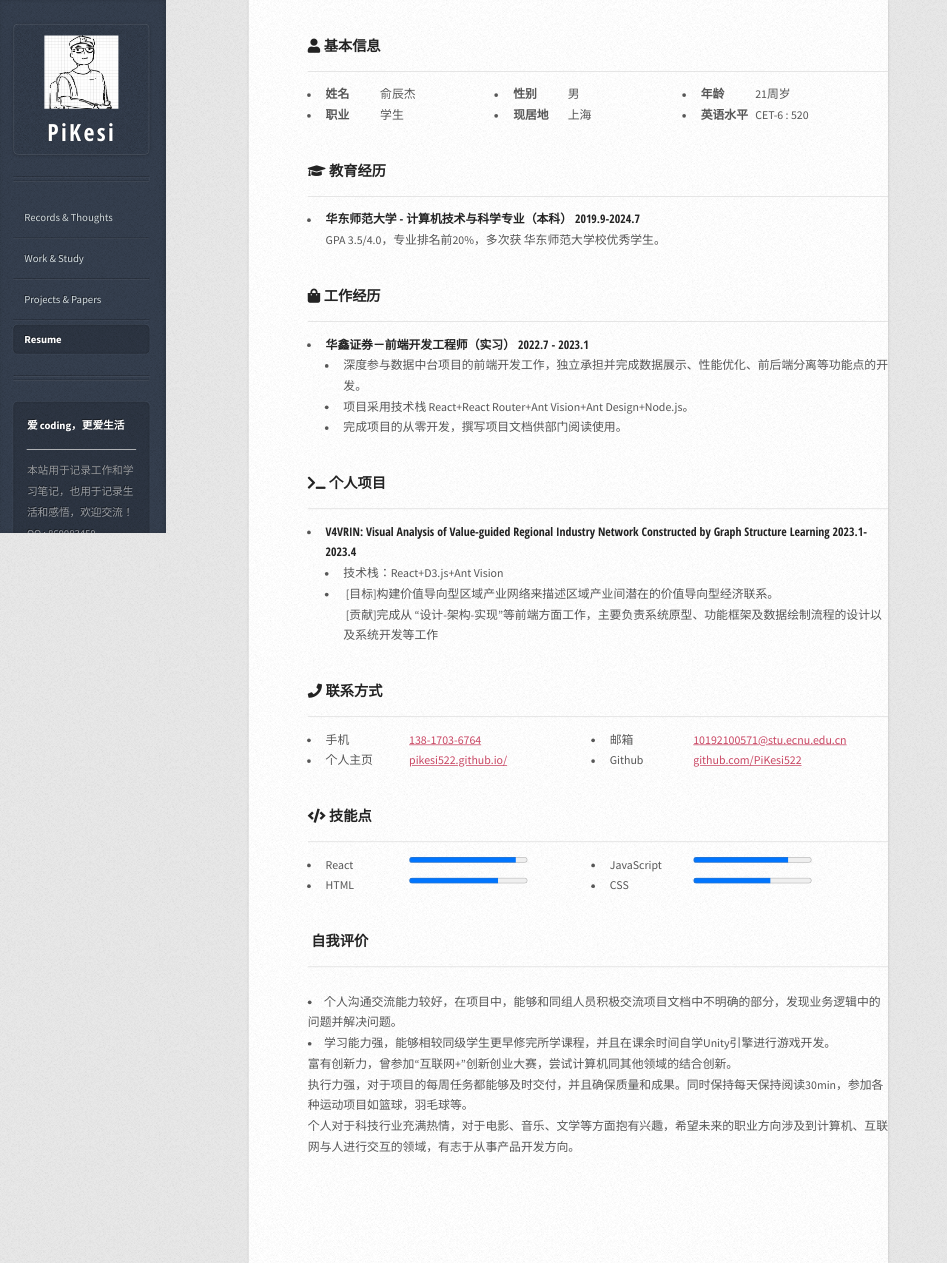
Repository: PiKesi522/PiKesi522.github.io
Page: resume.html
These files come from the project's save history. The page is drawn as it stood at one moment and after the next save; the edit follows.
The browser window is 1280 px wide. The pictures show the whole page, at 74% of full size.

Above is the page before, as saved 2023-04-11 11:27:55.

### resume.html
<!DOCTYPE HTML>
<!--
	Striped by HTML5 UP
	html5up.net | @ajlkn
	Free for personal and commercial use under the CCA 3.0 license (html5up.net/license)
-->
<html>

<head>
    <title>Striped by HTML5 UP</title>
    <meta charset="utf-8" />
    <meta name="viewport" content="width=device-width, initial-scale=1, user-scalable=no" />
    <link rel="stylesheet" href="assets/css/main.css" />
</head>

<body class="is-preload">

    <!-- Content -->
    <div id="content">
        <div class="inner">

            <article class="container">
                <section class="side" id="side">
                    <!-- 个人肖像 -->
                    <!-- <section class="me"> -->

                    <!-- <h6 class="name" style="font-size: 30px;">PiKesi</h6> -->
                    <!-- <section class="portrait"> -->
                    <!-- 头像照片 -->
                    <!-- <img class="avatar" src="assets/images/avatar.jpg" style="padding-top: 1vh; width: 300px;" onload="loading()"> -->
                    <!-- </section> -->

                    <!-- </section> -->

                    <!-- 基本信息 -->
                    <section class="profile info-unit">
                        <h2>
                            <i class="fa fa-user" aria-hidden="true"></i> 基本信息
                        </h2>
                        <hr />
                        <ul style="display: grid;grid-template-columns:repeat(3, 33%);">
                            <li>
                                <div>
                                    <label style="font-weight: 600;">姓名</label>
                                    <span>俞辰杰</span>
                                </div>
                            </li>
                            <li>
                                <div>
                                    <label style="font-weight: 600;">性别</label>
                                    <span>男</span>
                                </div>
                            </li>
                            <li>
                                <div>
                                    <label style="font-weight: 600;">年龄</label>
                                    <span>21周岁</span>
                                </div>
                            </li>
                            <li>
                                <div>
                                    <label style="font-weight: 600;">职业</label>
                                    <span>学生</span>
                                </div>
                            </li>
                            <li>
                                <div>
                                    <label style="font-weight: 600;">现居地</label>
                                    <span>上海</span>
                                </div>
                            </li>
                            <li>
                                <div>
                                    <label style="font-weight: 600;">英语水平</label>
                                    <span>CET-6 : 520</span>
                                </div>
                            </li>
                            <!-- <li>
                                        <label>计算机水平</label>
                                        <span>软考中级</span>
                                    </li> -->
                        </ul>
                    </section>


                    <!--
                    <section class="qrcode info-unit">
                        <h2><i class="fa fa-qrcode" aria-hidden="true"></i>二维码</h2>
                        <hr />
                        <img src="https://github.com/if2er/FeZaoDuKe-Collection/blob/master/ifeees.jpg?raw=true"
                            style="width: 100%;" alt="">
                    </section> -->

                    <!-- 技术栈 -->
                    <!-- <div class="stack info-unit">
                                    <h2><i class="fa fa-code" aria-hidden="true"></i>其他</h2>
                                    <hr/>
                                    <ul>
                                        <li>
                                            <label>前端</label>
                                            <span>React、jQuery、微信小程序、Bootstrap、SASS、LESS</span>
                                        </li>
                                        <li>
                                            <label>后端</label>
                                            <span>Node.js、MySQL、MongoDB、WordPress、ThinkPHP</span>
                                        </li>
                                        <li>
                                            <label>其他</label>
                                            <span>Git、SVN、Markdown</span>
                                        </li>
                                    </ul>
                                </div> -->
                </section>

                <section class="main">

                    <!-- 教育经历 -->
                    <section class="edu info-unit">
                        <h2>
                            <i class="fa fa-graduation-cap" aria-hidden="true"></i> 教育经历
                        </h2>
                        <hr />
                        <ul>
                            <!-- <li>
                                <h3>
                                    <span>华东师范大学 - 计算机技术与科学专业</span>
                                    <time>2019.9-2024.7</time>
                                </h3>
                                <p>GPA
                                    <mark>3.5/4.0</mark>，期间发表国际会议英文摘要X篇，国内核心期刊文章X篇（其中第一作者X篇），获XXX，XXX2次，XXX2次。(此处根据自身情况填写，可以突出自己的亮点，或者跟求职目标相关的内容)
                                </p>
                            </li> -->
                            <li>
                                <h3>
                                    <span>华东师范大学 - 计算机技术与科学专业（本科）</span>
                                    <time>2019.9-2024.7</time>
                                </h3>
                                <p>GPA
                                    <mark>3.5/4.0</mark>，专业排名前20%，多次获 华东师范大学校优秀学生。
                                </p>
                            </li>
                        </ul>
                    </section>

                    <!-- 工作经历 -->
                    <section class="work info-unit">
                        <h2>
                            <i class="fa fa-shopping-bag" aria-hidden="true"></i> 工作经历
                        </h2>
                        <hr />
                        <ul>
                            <li>
                                <h3>
                                    <span>华鑫证券－前端开发工程师（实习）</span>
                                    <time>2022.7 - 2023.1</time>
                                </h3>
                                <ul class="info-content">
                                    <li>深度参与数据中台项目的前端开发工作，独立承担并完成数据展示、性能优化、前后端分离等功能点的开发。
                                    </li>
                                    <li>
                                        项目采用技术栈
                                        <mark>React+React Router+Ant Vision+Ant Design+Node.js</mark>。
                                    </li>
                                    <li>完成项目的从零开发，撰写项目文档供部门阅读使用。
                                    </li>
                                </ul>
                            </li>
                            <!-- <li>
                                <h3>
                                    <span>[经历2]XX－前端开发工程师（实习）</span>
                                    <time>20XX.10 - 20XX.7</time>
                                </h3>
                                <ul class="info-content">
                                    <li>深度参与公司主线产品「XXXX」的前端开发工作，完成帖子快捷回复、
                                        <mark>全站图片懒加载</mark>、活动banner、帖子管理（使用Yii框架）等功能。项目采用技术栈phpWind+NAMP。
                                        <a href="http://itsay.tech/162/" target="_blank">
                                            <i class="fa fa-link" aria-hidden="true"></i>博客文章</a>。
                                    </li>
                                    <li>主要参与公司产品「XXXX」的前端开发工作，实现接入微博、微信、QQ等
                                        <mark>第三方账号登录</mark>等功能。项目采用技术栈WordPress+NAMP。
                                    </li>
                                    <li>活动页面的开发（七夕活动、抽奖活动以及承接外包页面）。</li>
                                    <li>论坛
                                        <mark>图片增量备份</mark>（CentOS+vsftpd+crontab）
                                        <a href="#" target="_blank">
                                            <i class="fa fa-link" aria-hidden="true"></i>博客文章</a>。
                                    </li>
                                </ul>
                            </li> -->
                        </ul>
                    </section>

                    <!-- 项目经验 -->
                    <section class="project info-unit">
                        <h2>
                            <i class="fa fa-terminal" aria-hidden="true"></i> 个人项目
                        </h2>
                        <hr />
                        <ul>
                            <li>
                                <h3>
                                    <span>V4VRIN: Visual Analysis of Value-guided Regional Industry Network Constructed
                                        by Graph Structure Learning</span>
                                    <span class="link">
                                        <!-- <a href="#" target="_blank">Demo</a> -->
                                    </span>
                                    <time>2023.1-2023.4</time>
                                </h3>
                                <ul class="info-content">
                                    <li>技术栈：React+D3.js+Ant Vision</li>
                                    <li>
                                        <i class="fa fa-paper-plane-o" aria-hidden="true"></i>
                                        [目标]构建价值导向型区域产业网络来描述区域产业间潜在的价值导向型经济联系。
                                        <br />
                                        <!-- <i class="fa fa-users" aria-hidden="true"></i>
                                        [团队]同 2 位同专业同学一起
                                        <br /> -->
                                        <i class="fa fa-paper-plane-o" aria-hidden="true"></i>
                                        [贡献]完成从
                                        <mark>“设计-架构-实现”</mark>等前端方面工作，主要负责系统原型、功能框架及数据绘制流程的设计以及系统开发等工作
                                        <br />
                                        <!-- <i class="fa fa-thumbs-o-up" aria-hidden="true"></i>
                                        [效果]作品最终取得第三届共享杯国家级竞赛“一等奖” （2/2000） -->
                                    </li>
                                </ul>
                            </li>
                            <!-- <li>
                                <h3>
                                    <span>[项目2]肿瘤流行病数据可视化</span>
                                    <span class="link">
                                        <a href="#" target="_blank">Demo</a>
                                    </span>
                                    <time>201X.X-201X.X</time>
                                </h3>
                                <ul class="info-content">
                                    <li>技术栈：HTML 5+D3.js+ECharts+MySQL</li>
                                    <li>
                                        <i class="fa fa-paper-plane-o" aria-hidden="true"></i>
                                        [目标]实现常见肿瘤流行病数据多维度可视化展示、数据透视及分析
                                        <br />
                                        <i class="fa fa-users" aria-hidden="true"></i>
                                        [团队]与 1 位同学
                                        <br />
                                        <i class="fa fa-bars" aria-hidden="true"></i>
                                        [贡献]分析项目需求，清洗并整理相关数据(扩展第三方知识组织系统和 Google trends 数据)，并用
                                        <mark>D3.js</mark> 和
                                        <mark>ECharts</mark> 进行图形化展示以及实现简易自动分析 功能
                                        <br />
                                        <i class="fa fa-thumbs-o-up" aria-hidden="true"></i>
                                        [效果]作品取得第二届共享杯国家级竞赛“特等奖”(1/1500)
                                    </li>
                                </ul>
                            </li>
                            <li>
                                <h3>
                                    <span>[项目3]肿瘤流行病数据可视化</span>
                                    <span class="link">
                                        <a href="#" target="_blank">Demo</a>
                                    </span>
                                    <time>201X.X-201X.X</time>
                                </h3>
                                <ul class="info-content">
                                    <li>技术栈：HTML 5+D3.js+ECharts+MySQL</li>
                                    <li>
                                        <i class="fa fa-paper-plane-o" aria-hidden="true"></i>
                                        [目标]实现常见肿瘤流行病数据多维度可视化展示、数据透视及分析
                                        <br />
                                        <i class="fa fa-users" aria-hidden="true"></i>
                                        [团队]与 1 位同学
                                        <br />
                                        <i class="fa fa-bars" aria-hidden="true"></i>
                                        [贡献]分析项目需求，清洗并整理相关数据(扩展第三方知识组织系统和 Google trends 数据)，并用
                                        <mark>D3.js</mark> 和
                                        <mark>ECharts</mark> 进行图形化展示以及实现简易自动分析功能
                                        <br />
                                        <i class="fa fa-thumbs-o-up" aria-hidden="true"></i>
                                        [效果]作品取得第二届共享杯国家级竞赛“特等奖”(1/1500)
                                    </li>
                                </ul>
                            </li>
                            <li>
                                <h3>
                                    <span>[项目4]肿瘤流行病数据可视化</span>
                                    <span class="link">
                                        <a href="#" target="_blank">Demo</a>
                                    </span>
                                    <time>201X.X-201X.X</time>
                                </h3>
                                <ul class="info-content">
                                    <li>技术栈：HTML 5+D3.js+ECharts+MySQL</li>
                                    <li>
                                        <i class="fa fa-paper-plane-o" aria-hidden="true"></i>
                                        [目标]实现常见肿瘤流行病数据多维度可视化展示、数据透视及分析
                                        <br />
                                        <i class="fa fa-users" aria-hidden="true"></i>
                                        [团队]与 1 位
                                        <br />
                                        <i class="fa fa-bars" aria-hidden="true"></i>
                                        [贡献]分析项目需求，清洗并整理相关数据(扩展第三方知识组织系统和 Google trends 数据)，并用
                                        <mark>D3.js</mark> 和
                                        <mark>ECharts</mark> 进行图形化展示以及实现简易自动分析 功能
                                        <br />
                                        <i class="fa fa-thumbs-o-up" aria-hidden="true"></i>
                                        [效果]作品取得第二届共享杯国家级竞赛“特等奖”(1/1500)
                                    </li>
                                </ul>
                            </li> -->

                        </ul>
                    </section>

                    <!-- 联系方式 -->
                    <section class="contact info-unit">
                        <h2>
                            <i class="fa fa-phone" aria-hidden="true"></i> 联系方式
                        </h2>
                        <hr />
                        <ul style="display: grid; grid-template-columns:repeat(2, 50%);">
                            <li>
                                <div>
                                    <label>手机</label>
                                    <a href="#" target="_blank">138-1703-6764</a>
                                </div>
                            </li>
                            <li>
                                <div>
                                    <label>邮箱</label>
                                    <a href="mailto:10192100571@stu.ecnu.edu.cn"
                                        target="_blank">10192100571@stu.ecnu.edu.cn</a>
                                </div>
                            </li>
                            <li>
                                <div>
                                    <label>个人主页</label>
                                    <a href="https://pikesi522.github.io/" target="_blank">pikesi522.github.io/</a>
                                </div>
                            </li>
                            <li>
                                <div>
                                    <label>Github</label>
                                    <a href="https://github.com/PiKesi522" target="_blank">github.com/PiKesi522</a>
                                </div>
                            </li>
                        </ul>
                    </section>

                    <!-- 技能点 -->
                    <section class="skill info-unit">
                        <h2>
                            <i class="fa fa-code" aria-hidden="true"></i> 技能点
                        </h2>
                        <hr />
                        <ul style="display: grid; grid-template-columns:repeat(2, 50%);">
                            <li>
                                <div style="display: grid; grid-template-columns: 30% 70%;">
                                    <label>React</label>
                                    <div>
                                        <progress value="90" max="100"></progress>
                                    </div>
                                </div>
                            </li>
                            <li>
                                <div style="display: grid; grid-template-columns: 30% 70%;">
                                    <label>JavaScript</label>
                                    <div>
                                        <progress value="80" max="100"></progress>
                                    </div>
                                </div>
                            </li>
                            <li>
                                <div style="display: grid; grid-template-columns: 30% 70%;">
                                    <label>HTML</label>
                                    <div>
                                        <progress value="75" max="100"></progress>
                                    </div>
                                </div>
                            </li>
                            <li>
                                <div style="display: grid; grid-template-columns: 30% 70%;">
                                    <label>CSS</label>
                                    <div>
                                        <progress value="65" max="100"></progress>
                                    </div>
                                </div>
                            </li>
                        </ul>
                    </section>

                    <!-- 自我评价 -->
                    <section class="work info-unit">
                        <h2>
                            <i class="fa fa-pencil" aria-hidden="true"></i> 自我评价
                        </h2>
                        <hr />
                        <p>
                            <li>个人沟通交流能力较好，在项目中，能够和同组人员积极交流项目文档中不明确的部分，发现业务逻辑中的问题并解决问题。
                            <br/>
                            <li>学习能力强，能够相较同级学生更早修完所学课程，并且在课余时间自学Unity引擎进行游戏开发。
                            <br/>
                            富有创新力，曾参加“互联网+”创新创业大赛，尝试计算机同其他领域的结合创新。
                            <br/>
                            执行力强，对于项目的每周任务都能够及时交付，并且确保质量和成果。同时保持每天保持阅读30min，参加各种运动项目如篮球，羽毛球等。
                            <br/>
                            个人对于科技行业充满热情，对于电影、音乐、文学等方面抱有兴趣，希望未来的职业方向涉及到计算机、互联网与人进行交互的领域，有志于从事产品开发方向。
                            <!-- <span class="mark-txt">“多静多思考，反省不张扬”</span>是我给自己总结的“十字箴言”，鞭策自己做人既不能以己度人，也不以人观己，要脚踏实地做事，坚持自己的梦想和本心。 -->
                        </p>
                    </section>
                </section>
            </article>

        </div>
    </div>

	<!-- Sidebar -->
	<div id="sidebar">

		<!-- Logo -->
		<h1 id="logo">
			<a href="#">
				<img style="width: 100px;"
                    src="assets/images/icon1.jpg"
                    alt="Avator">
				<div style="margin: 0.5em 0 0 0;">
					PiKesi
				</div>
			</a>
		</h1>


		<!-- Nav -->
		<nav id="nav">
			<ul>
				<li><a href="index.html">Records & Thoughts</a></li>
				<li><a href="note.html">Work & Study</a></li>
				<li><a href="projects.html">Projects & Papers</a></li>
				<li class="current"><a href="resume.html">Resume</a></li>
				<!-- <li><a href="#">Contact Me</a></li> -->
			</ul>
		</nav>

		<!-- Text -->
		<section class="box text-style1">
			<div class="inner">
				<p>
					<strong> 爱 coding，更爱生活</strong>
					<hr>
					本站用于记录工作和学习笔记，也用于记录生活和感悟，欢迎交流！
					<br/>
					QQ : 860083450
					<br/>
					WX : PiKesi22
				</p>
			</div>
		</section>
	</div>

    <!-- Scripts -->
    <script src="assets/js/jquery.min.js"></script>
    <script src="assets/js/browser.min.js"></script>
    <script src="assets/js/breakpoints.min.js"></script>
    <script src="assets/js/util.js"></script>
    <script src="assets/js/main.js"></script>

</body>

</html>

Loaded but not shown: assets/js/jquery.min.js (library); assets/js/browser.min.js (common file); assets/js/breakpoints.min.js (common file); assets/css/fontawesome-all.min.css (library); assets/js/util.js (587 lines, source omitted); assets/css/main.css (3019 lines, source omitted); public/assets/js/main.js (no copy from this time; the picture is the same without it)

After the next save:
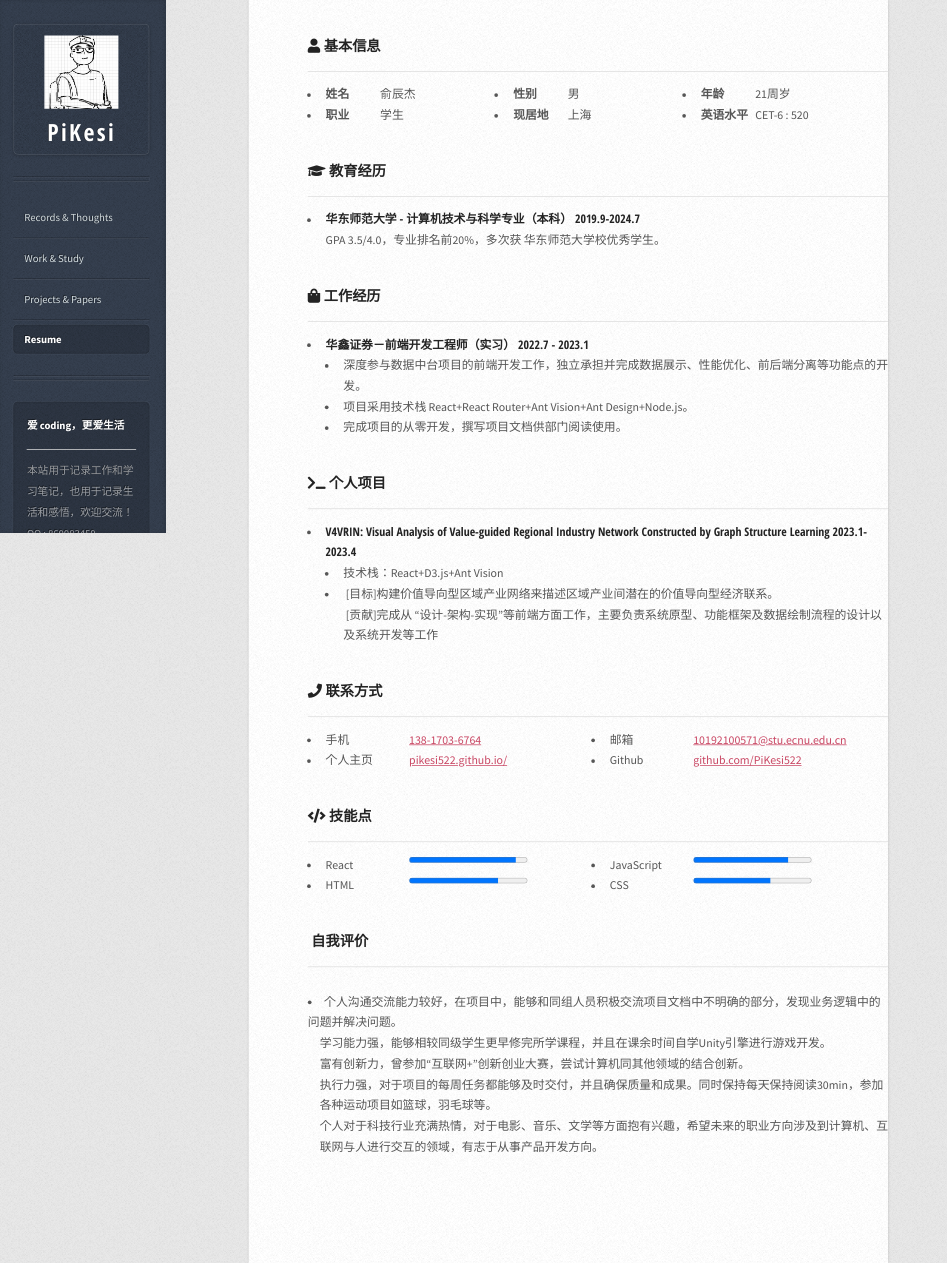
Saved 5 s later.
--- a/resume.html
+++ b/resume.html
@@ -395,7 +395,7 @@
                         <p>
                             <li>个人沟通交流能力较好，在项目中，能够和同组人员积极交流项目文档中不明确的部分，发现业务逻辑中的问题并解决问题。
                             <br/>
-                            <li>学习能力强，能够相较同级学生更早修完所学课程，并且在课余时间自学Unity引擎进行游戏开发。
+                            <ul>学习能力强，能够相较同级学生更早修完所学课程，并且在课余时间自学Unity引擎进行游戏开发。
                             <br/>
                             富有创新力，曾参加“互联网+”创新创业大赛，尝试计算机同其他领域的结合创新。
                             <br/>
